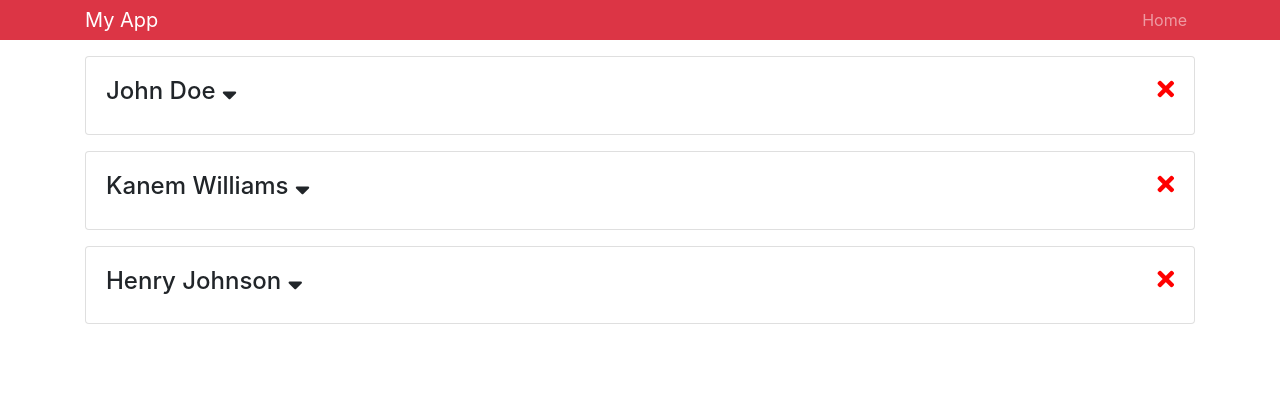
Repository: Mtbwka/contactmanager
Page: /about
These files come from the project's save history. The page is drawn as it stood at one moment and after the next save; the edit follows.
The browser window is 1280 px wide. The pictures show the whole page.
Some web libraries are served in a nearby version. The project was rebuilt for these pictures with package versions that can differ from the ones it lists, and the page was loaded fresh each time.

Above is the page before, as saved 2019-05-08 17:51:34.

### public/index.html
<!DOCTYPE html>
<html lang="en">
  <head>
    <meta charset="utf-8" />
    <link rel="shortcut icon" href="%PUBLIC_URL%/favicon.ico" />
    <meta
      name="viewport"
      content="width=device-width, initial-scale=1, shrink-to-fit=no"
    />
    <meta name="theme-color" content="#000000" />
    <link rel="stylesheet" href="https://use.fontawesome.com/releases/v5.1.1/css/all.css" integrity="sha384-O8whS3fhG2OnA5Kas0Y9l3cfpmYjapjI0E4theH4iuMD+pLhbf6JI0jIMfYcK3yZ" crossorigin="anonymous">
    <!--
      manifest.json provides metadata used when your web app is installed on a
      user's mobile device or desktop. See https://developers.google.com/web/fundamentals/web-app-manifest/
    -->
    <link rel="manifest" href="%PUBLIC_URL%/manifest.json" />
    <!--
      Notice the use of %PUBLIC_URL% in the tags above.
      It will be replaced with the URL of the `public` folder during the build.
      Only files inside the `public` folder can be referenced from the HTML.

      Unlike "/favicon.ico" or "favicon.ico", "%PUBLIC_URL%/favicon.ico" will
      work correctly both with client-side routing and a non-root public URL.
      Learn how to configure a non-root public URL by running `npm run build`.
    -->
    <title>React App</title>
  </head>
  <body>
    <noscript>You need to enable JavaScript to run this app.</noscript>
    <div id="root"></div>
    <!--
      This HTML file is a template.
      If you open it directly in the browser, you will see an empty page.

      You can add webfonts, meta tags, or analytics to this file.
      The build step will place the bundled scripts into the <body> tag.

      To begin the development, run `npm start` or `yarn start`.
      To create a production bundle, use `npm run build` or `yarn build`.
    -->
  </body>
</html>

### src/App.js
import React, { Component } from 'react';
import Contacts from './components/contacts/Contacts';
import Header from './components/layout/Header';
import { Provider } from './context';

import 'bootstrap/dist/css/bootstrap.min.css';

class App extends Component {
  render() {
    return (
      <Provider>
        <div className='App'>
          <Header />
          <div className='container'>
            <Contacts />
          </div>
        </div>
      </Provider>
    );
  }
}

export default App;

### src/components/contacts/Contacts.js
import React, { Component } from 'react';
import Contact from './Contact.js';
import { Consumer } from '../../context';

class Contacts extends Component {
  render() {
    return (
      <Consumer>
        {value => {
          return (
            <React.Fragment>
              {value.contacts.map(contact => (
                <Contact key={contact.id} contact={contact} />
              ))}
            </React.Fragment>
          );
        }}
      </Consumer>
    );
  }
}

export default Contacts;

### src/components/layout/Header.js
import React from 'react';
import PropTypes from 'prop-types';

// export default function Header() {
//   return <div />;
// }

const Header = props => {
  const { branding } = props;
  return (
    <nav className="navbar navbar-expand-sm navbar-dark bg-danger mb-3 py-0">
      <div className="container">
        <a href="/" className="navbar-brand">{branding}</a>
        <div>
          <ul className="navbar-nav mr-auto">
            <li className="nav-item">
              <a href="/" className="nav-link">Home</a>
            </li>
          </ul>
        </div>
      </div>
    </nav>
  );
};

Header.defaultProps = {
  branding: 'My App'
};

Header.propTypes = {
  branding: PropTypes.string.isRequired
};

export default Header;

### src/context.js
import React, { Component } from 'react';

const Context = React.createContext();

const reducer = (state, action) => {
  switch (action.type) {
    case 'DELETE_CONTACT':
      return {
        ...state,
        contacts: state.contacts.filter(
          contact => contact.id !== action.payload
        )
      };
    default:
      return state;
  }
};

export class Provider extends Component {
  state = {
    contacts: [
      {
        id: 1,
        name: 'John Doe',
        email: 'jdoe@gmail.com',
        phone: '555-555-5555'
      },
      {
        id: 2,
        name: 'Kanem Williams',
        email: 'karen@gmail.com',
        phone: '222-222-2222'
      },
      {
        id: 3,
        name: 'Henry Johnson',
        email: 'henry@gmail.com',
        phone: '111-111-1111'
      }
    ],
    dispatch: action => this.setState(state => reducer(state, action))
  };

  render() {
    return (
      <Context.Provider value={this.state}>
        {this.props.children}
      </Context.Provider>
    );
  }
}

export const Consumer = Context.Consumer;

### src/components/contacts/Contact.js
import React, { Component } from 'react';
import PropTypes from 'prop-types';
import { Consumer } from '../../context';

class Contact extends Component {
  state = {
    showContactInfo: false
  };

  onDeleteClick = (id, dispatch) => {
    dispatch({ type: 'DELETE_CONTACT', payload: id });
  };

  render() {
    const { id, name, email, phone } = this.props.contact;
    const { showContactInfo } = this.state;

    return (
      <Consumer>
        {value => {
          const { dispatch } = value;
          return (
            <div className='card card-body mb-3'>
              <h4>
                {name}{' '}
                <i
                  onClick={() =>
                    this.setState({
                      showContactInfo: !this.state.showContactInfo
                    })
                  }
                  className='fas fa-sort-down'
                  style={{ cursor: 'pointer' }}
                />
                <i
                  className='fas fa-times'
                  style={{ float: 'right', cursor: 'pointer', color: 'red' }}
                  onClick={this.onDeleteClick.bind(this, id, dispatch)}
                />
              </h4>
              {showContactInfo ? (
                <ul className='list-group'>
                  <li className='list-group-item'>Email:{email}</li>
                  <li className='list-group-item'>Phone:{phone}</li>
                </ul>
              ) : null}
            </div>
          );
        }}
      </Consumer>
    );
  }
}

Contact.propTypes = {
  contact: PropTypes.object.isRequired
};
export default Contact;

### src/components/contacts/AddContact.js
import React, { Component } from 'react';

class AddContact extends Component {
  render() {
    return (
      <div>
        <h1>Add Contact</h1>
      </div>
    );
  }
}

export default AddContact;

Loaded but not shown: src/index.js (common file); src/serviceWorker.js (common file)

After the next save:
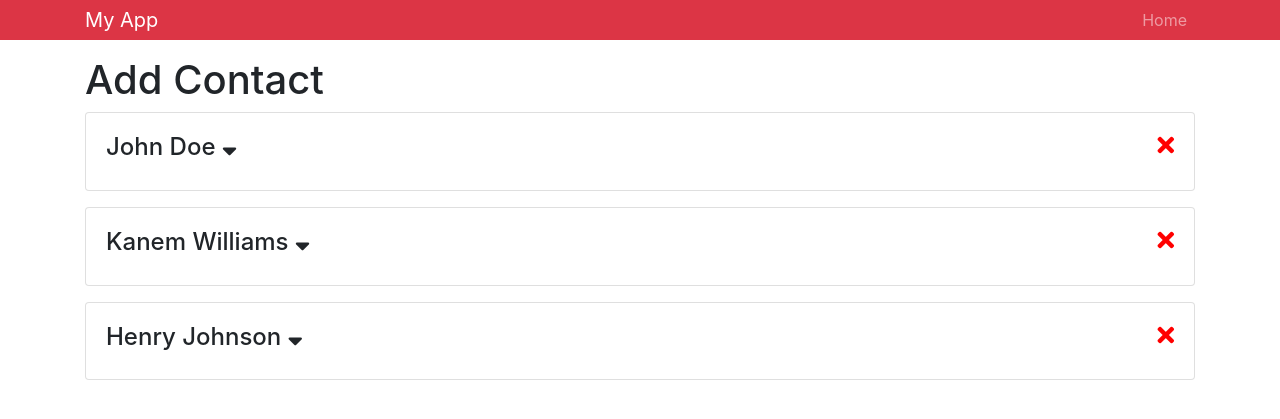
Saved 58 s later.
--- a/src/App.js
+++ b/src/App.js
@@ -1,6 +1,7 @@
 import React, { Component } from 'react';
 import Contacts from './components/contacts/Contacts';
 import Header from './components/layout/Header';
+import AddContact from './components/contacts/AddContact';
 import { Provider } from './context';
 
 import 'bootstrap/dist/css/bootstrap.min.css';
@@ -12,6 +13,7 @@ class App extends Component {
         <div className='App'>
           <Header />
           <div className='container'>
+            <AddContact />
             <Contacts />
           </div>
         </div>
